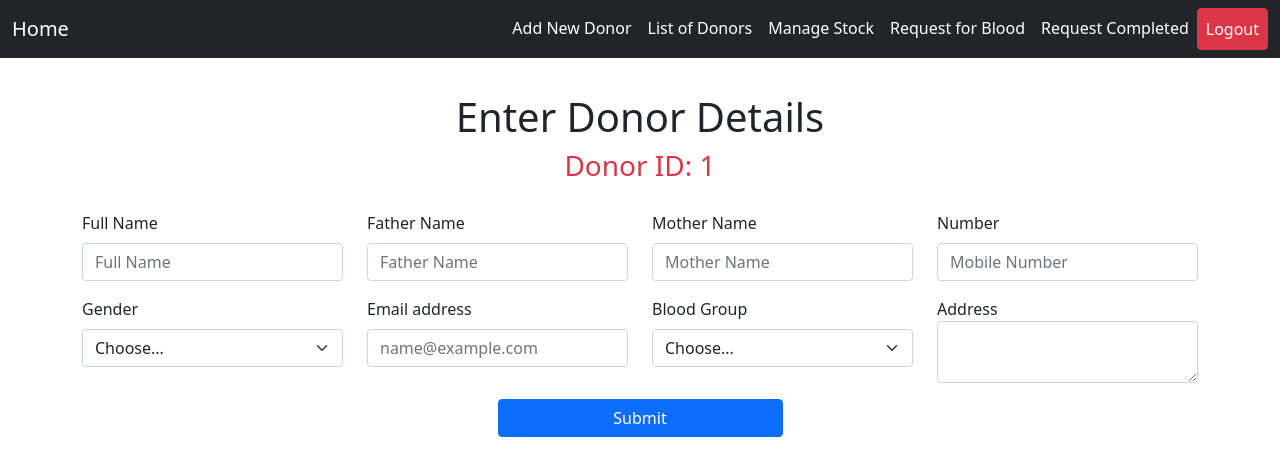
Repository: kshitizJ/Blood-Bank-Management-System-in-jsp
Page: http://localhost/Blood_Bank_Management_System/addNewDonor.jsp
These files come from the project's save history. The page is drawn as it stood at one moment and after the next save; the edit follows.
The browser window is 1280 px wide. The pictures show the whole page.
The page is served by Tomcat 9. Queries for data that is not in the repository find no rows.

Above is the page before, as saved 2021-04-28 13:54:25.

After the next save:
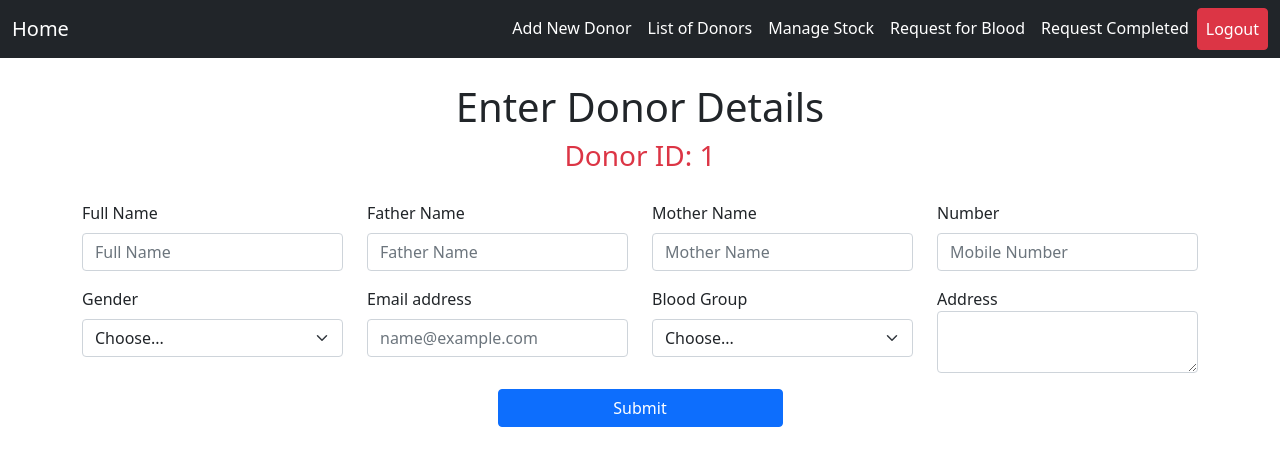
Saved 4 min 1 s later.
--- a/Blood Bank Management System/WebContent/addNewDonor.jsp
+++ b/Blood Bank Management System/WebContent/addNewDonor.jsp
@@ -8,7 +8,7 @@
 <head>
 <style>
 .container {
-	margin-top:35px;
+	margin-top:25px;
 }
 
 .form {
